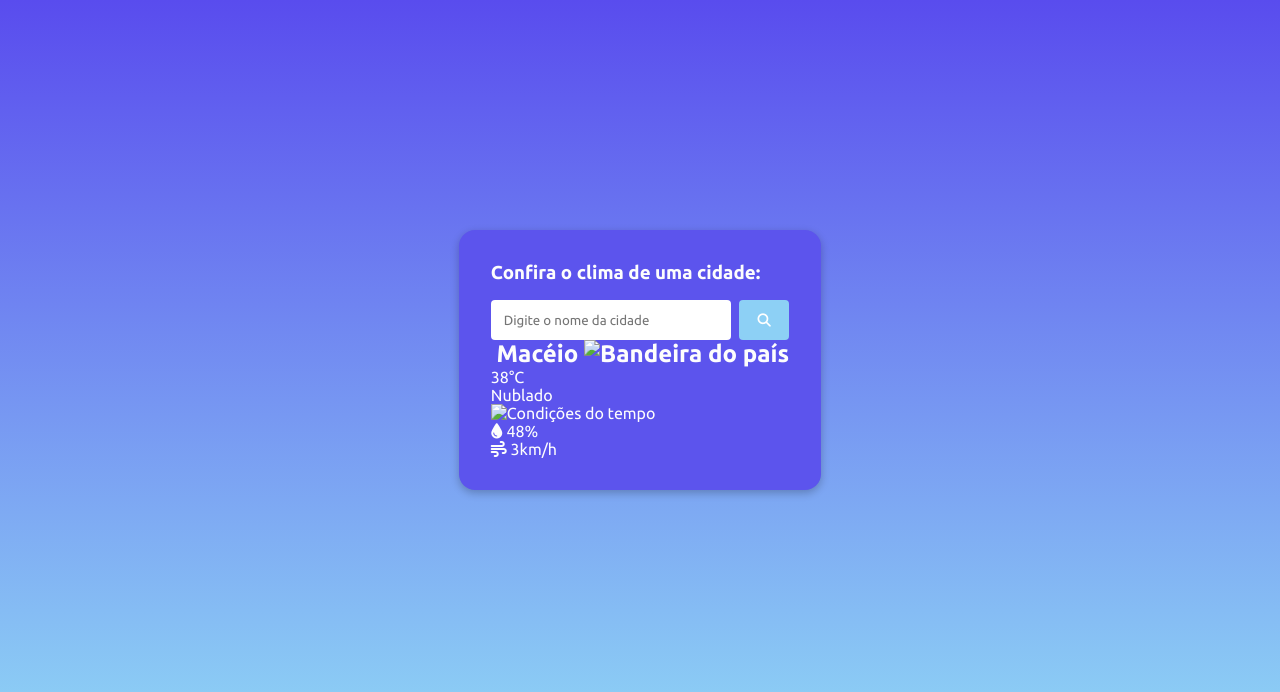
Repository: willamesalmeida/Clima
Page: index.html
These files come from the project's save history. The page is drawn as it stood at one moment and after the next save; the edit follows.
The browser window is 1280 px wide. The pictures show the whole page.

Above is the page before, as saved 2022-09-19 16:23:01.

### index.html
<!DOCTYPE html>
<html lang="en">
  <head>
    <meta charset="UTF-8" />
    <meta http-equiv="X-UA-Compatible" content="IE=edge" />
    <meta name="viewport" content="width=device-width, initial-scale=1.0" />
    <title>Clima</title>
    <link rel="stylesheet" href="css/styles.css" />
    <!-- Google Fonts -->
    <link rel="preconnect" href="https://fonts.googleapis.com" />
    <link rel="preconnect" href="https://fonts.gstatic.com" crossorigin />
    <link
      href="https://fonts.googleapis.com/css2?family=Roboto+Flex:opsz,wght@8..144,400;8..144,500&family=Roboto:ital,wght@0,100;0,300;0,400;0,500;0,700;0,900;1,100;1,300;1,400;1,500;1,700;1,900&family=Ubuntu:ital,wght@0,300;0,400;0,500;0,700;1,300;1,400;1,500;1,700&display=swap"
      rel="stylesheet"
    />
    <!-- Font Awesome -->
    <link
      rel="stylesheet"
      href="https://cdnjs.cloudflare.com/ajax/libs/font-awesome/6.2.0/css/all.min.css"
      integrity="sha512-xh6O/CkQoPOWDdYTDqeRdPCVd1SpvCA9XXcUnZS2FmJNp1coAFzvtCN9BmamE+4aHK8yyUHUSCcJHgXloTyT2A=="
      crossorigin="anonymous"
      referrerpolicy="no-referrer"
    />

    <script src="js/script.js"></script>
  </head>
  <body>
    <div class="container">
      <div class="form">
        <h3>Confira o clima de uma cidade:</h3>
        <div class="form-input-container">
          <input
            type="text"
            placeholder="Digite o nome da cidade"
            id="city-input"
          />
          <button id="search">
            <i class="fa-solid fa-magnifying-glass"></i>
          </button>
        </div>
      </div>
      <div id="weather-data">
        <h2>
            <i class="fa-solid fa.location-dot"></i>
            <span id="city"> Macéio</span>
            <img src="" alt="Bandeira do país" id="country"/>
        </h2>
        <p id="temperature"><span>38</span>&deg;C</p>
        <div id="description-container">
            <p id="descrition">Nublado</p>
            <img src="" alt="Condições do tempo" id="weather-icon">
        </div>
        <div id="datails-container">
            <p id="umidity">
                <i class="fa-solid fa-droplet"></i>
                <span>48%</span>
            </p>
            <p id="wind">
                <i class="fa-solid fa-wind"></i>
                <span>3km/h</span>
            </p>
        </div>
      </div>
    </div>
  </body>
</html>

### css/styles.css
/* Geral */
*{
    padding: 0;
    margin: 0;
    font-family: "ubuntu", sans-serif;
}

body{
    background: linear-gradient(180deg, rgba(89,76,238,1)0%, #8dd0f5 100%);
    display: flex;
    justify-content: center;
    align-items: center;
    height: 100vh;
}
.hide{
    display: none;
}

.container{
    background-color: #5c54ed;
    box-shadow: rgba(0,0,0,0.24) 0px 3px 8px;
    padding: 2rem;
    color: #fdfdfd;
    border-radius: 1rem;
}

/* formulario */
.form h3{
    margin-bottom: 1rem;
}
.form-input-container{
    display: flex;
}
.form input{
    padding: 0.8rem;
    border:none;
    flex: 1;
    border-radius: 4px;

}

.form button{
    padding: 0.8rem;
    min-width: 50px;
    margin-left: 8px;
    background-color: #8dd0f5;
    color: #fff;
    border: none;
    border-radius: 4px;
    cursor: pointer;
}

/* Clima */
#weather-date{
    border-top: 1px solid #fff ;
    margin-top: 1.5rem;
    padding-top: 1.5rem;
    text-align: center;
}

### js/script.js
//chave da API
//f5efb8fb1dbd3febf146ae616cdf96b5

After the next save:
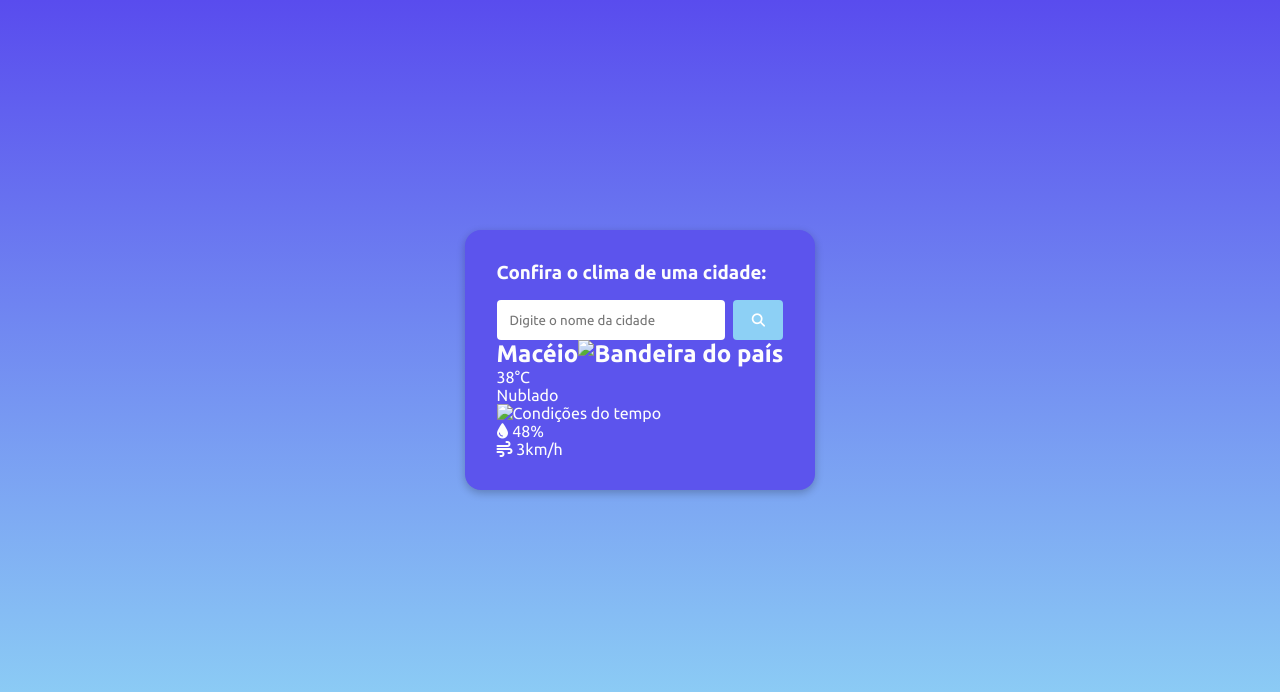
Saved 22 s later.
--- a/css/styles.css
+++ b/css/styles.css
@@ -57,3 +57,7 @@ body{
     padding-top: 1.5rem;
     text-align: center;
 }
+
+#weather-data h2 {
+    display: flex;
+}

After the 2 saves that followed:
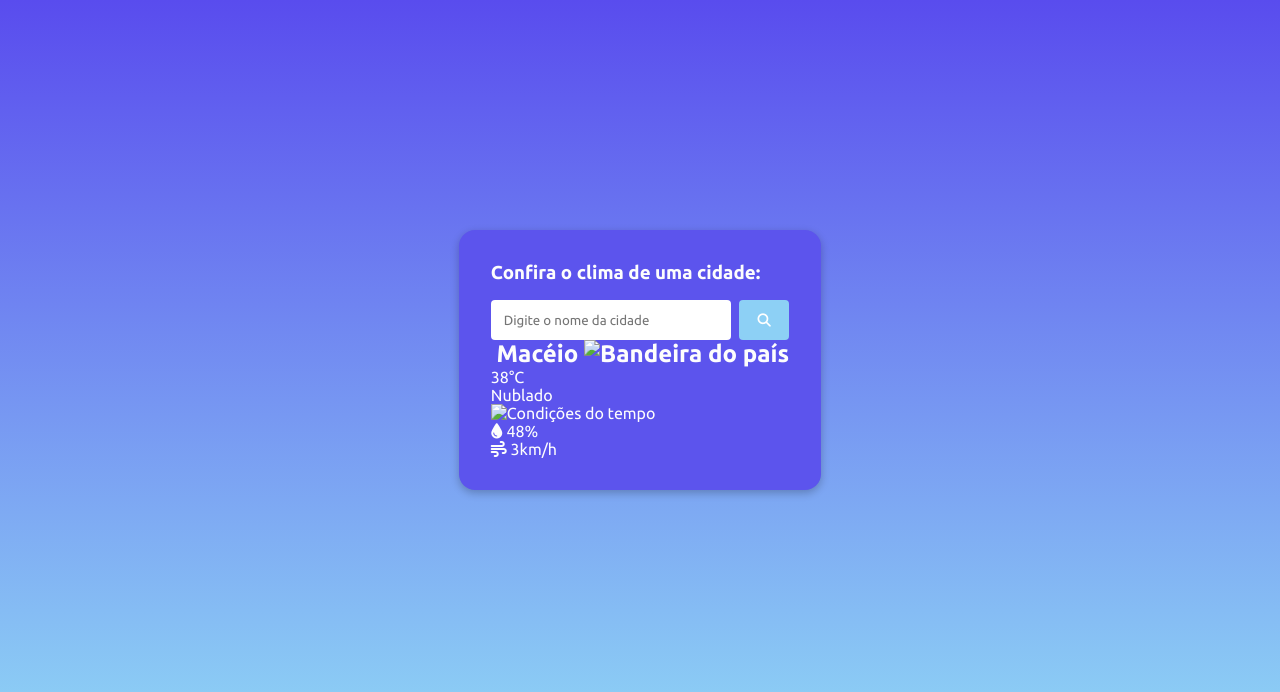
The 2 saves are shown as one change because 1 left the picture as it was.
The last was saved 11 s later.
--- a/css/styles.css
+++ b/css/styles.css
@@ -56,8 +56,9 @@ body{
     margin-top: 1.5rem;
     padding-top: 1.5rem;
     text-align: center;
-}
+}/*
 
 #weather-data h2 {
     display: flex;
-}
+    justify-content: center;
+} */
